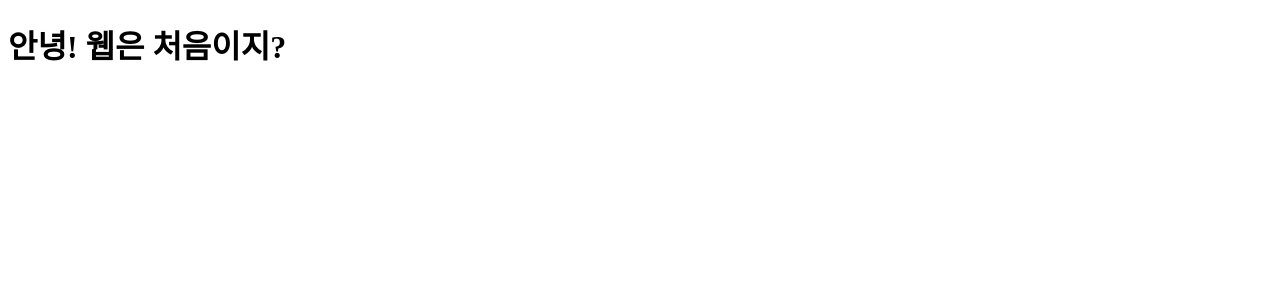
Repository: KimMJ0964/8file
Page: workspace/6_servlet/1_Servlet/src/main/webapp/index.html
The author's editor kept a copy of each file at every save. The page is drawn from the files as they stood at one save, then again after the next save.
The browser window is 1280 px wide. The pictures show the whole page.

Above is the page before, as saved 2024-09-06 03:29:39.

After the next save:
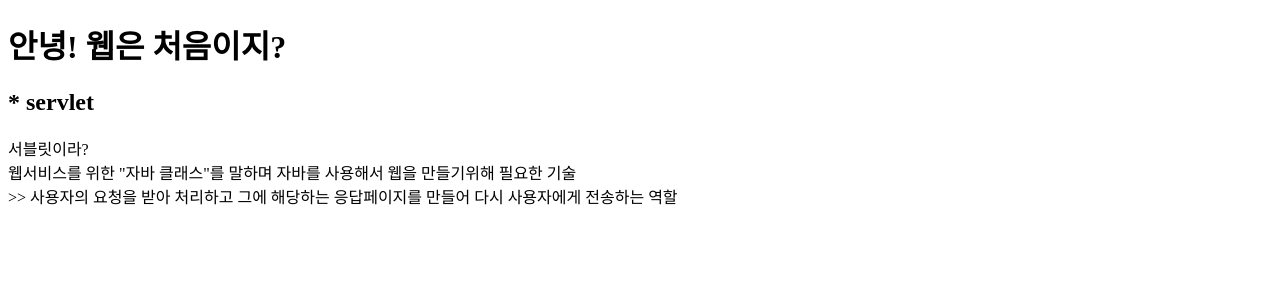
Saved 114 s later.
--- a/workspace/6_servlet/1_Servlet/src/main/webapp/index.html
+++ b/workspace/6_servlet/1_Servlet/src/main/webapp/index.html
@@ -6,5 +6,13 @@
 </head>
 <body>
 	<h1>안녕! 웹은 처음이지?</h1>
+
+	<h2>* servlet</h2>
+
+	<p>
+		서블릿이라? <br>
+		웹서비스를 위한 "자바 클래스"를 말하며 자바를 사용해서 웹을 만들기위해 필요한 기술<br>
+			>> 사용자의 요청을 받아 처리하고 그에 해당하는 응답페이지를 만들어 다시 사용자에게 전송하는 역할
+	</p>
 </body>
 </html>
